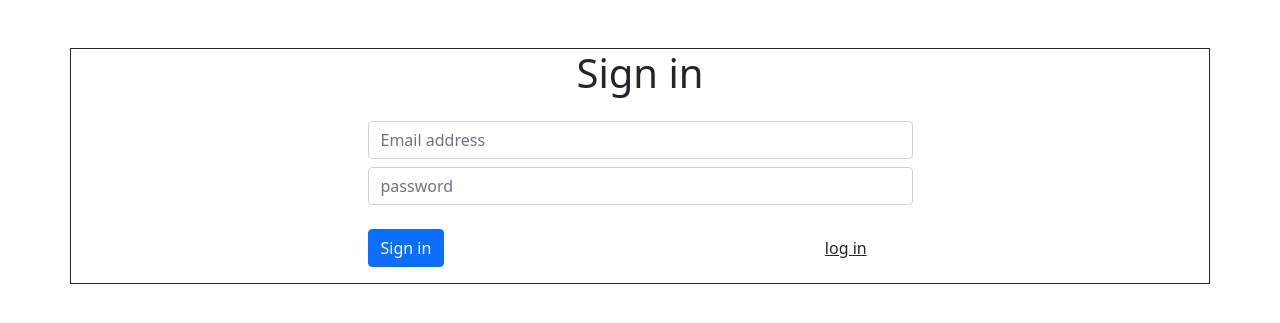
Repository: paresh-art/MyWebsite
Page: http://localhost/com.website/signIn.jsp
An editor plug-in stored every save of this project. The page is shown before and after the next save, followed by the edit.
The browser window is 1280 px wide. The pictures show the whole page.
The page is served by Tomcat 9. Other server files are loaded and not shown.

Above is the page before, as saved 2022-11-08 08:53:36.

### com.website/src/main/webapp/signIn.jsp
<%@ page language="java" contentType="text/html; charset=UTF-8"
	pageEncoding="UTF-8"%>
<!DOCTYPE html>
<html>
<head>
<meta charset="UTF-8">
<!-- Required meta tags -->
<meta charset="utf-8">
<meta name="viewport" content="width=device-width, initial-scale=1">
<!-- Bootstrap CSS -->
<link
	href="https://cdn.jsdelivr.net/npm/bootstrap@5.0.2/dist/css/bootstrap.min.css"
	rel="stylesheet"
	integrity="sha384-EVSTQN3/azprG1Anm3QDgpJLIm9Nao0Yz1ztcQTwFspd3yD65VohhpuuCOmLASjC"
	crossorigin="anonymous">

<title>Sign in Page</title>
</head>
<body>
	<div class="container mt-5 border border-dark">
		<h1 class="mx-auto text-center">Sign in</h1>
		<form action="home.jsp" class="mt-4" method="post">
			<div class="row">
				<div class="col-lg-6 col-md-8 col-sm-12 mx-auto text-light">
					<input type="text" class="form-control" placeholder="Email address"
						name="email">
				</div>
			</div>

			<div class="row mt-2">
				<div class="col-lg-6 col-md-8 col-sm-12 mx-auto text-light">
					<input type="password" class="form-control" placeholder="password"
						name="password">
				</div>
			</div>
			<br>
			<div class="row mb-3">
				<div class="col-lg-6 col-md-8 col-sm-12 mx-auto text-light">
					<button class="btn btn-primary " type="submit">Sign in</button>
					<button type="button" class="btn btn-link offset-8 text-dark">log
						in</button>
				</div>

			</div>
		</form>
	</div>

<!-- Optional JavaScript; choose one of the two! -->

	<!-- Option 1: Bootstrap Bundle with Popper -->
	<script
		src="https://cdn.jsdelivr.net/npm/bootstrap@5.0.2/dist/js/bootstrap.bundle.min.js"
		integrity="sha384-MrcW6ZMFYlzcLA8Nl+NtUVF0sA7MsXsP1UyJoMp4YLEuNSfAP+JcXn/tWtIaxVXM"
		crossorigin="anonymous"></script>

	<!-- Option 2: Separate Popper and Bootstrap JS -->
	<!--
    <script src="https://cdn.jsdelivr.net/npm/@popperjs/core@2.9.2/dist/umd/popper.min.js" integrity="sha384-IQsoLXl5PILFhosVNubq5LC7Qb9DXgDA9i+tQ8Zj3iwWAwPtgFTxbJ8NT4GN1R8p" crossorigin="anonymous"></script>
    <script src="https://cdn.jsdelivr.net/npm/bootstrap@5.0.2/dist/js/bootstrap.min.js" integrity="sha384-cVKIPhGWiC2Al4u+LWgxfKTRIcfu0JTxR+EQDz/bgldoEyl4H0zUF0QKbrJ0EcQF" crossorigin="anonymous"></script>
    -->



</body>
</html>

After the next save:
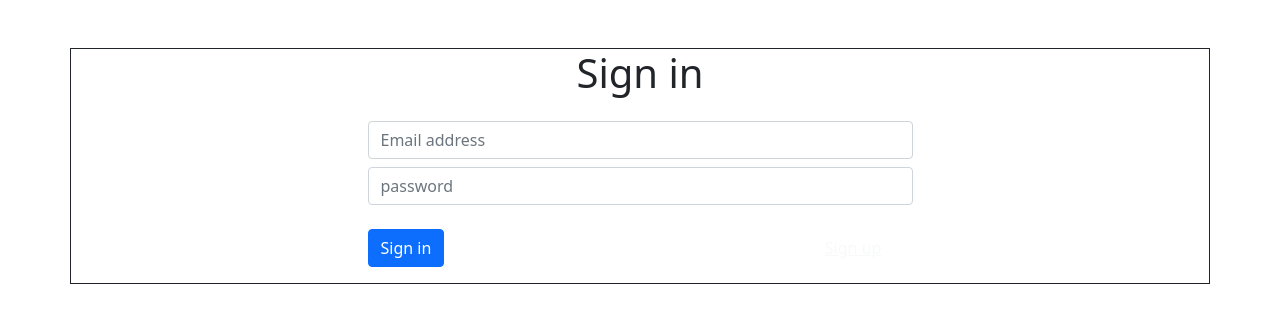
Saved 41 s later.
--- a/com.website/src/main/webapp/signIn.jsp
+++ b/com.website/src/main/webapp/signIn.jsp
@@ -37,8 +37,8 @@
 			<div class="row mb-3">
 				<div class="col-lg-6 col-md-8 col-sm-12 mx-auto text-light">
 					<button class="btn btn-primary " type="submit">Sign in</button>
-					<button type="button" class="btn btn-link offset-8 text-dark">log
-						in</button>
+					<a href="signIn.jsp" class="btn btn-link offset-8 text-light">Sign
+						up</a>
 				</div>
 
 			</div>
